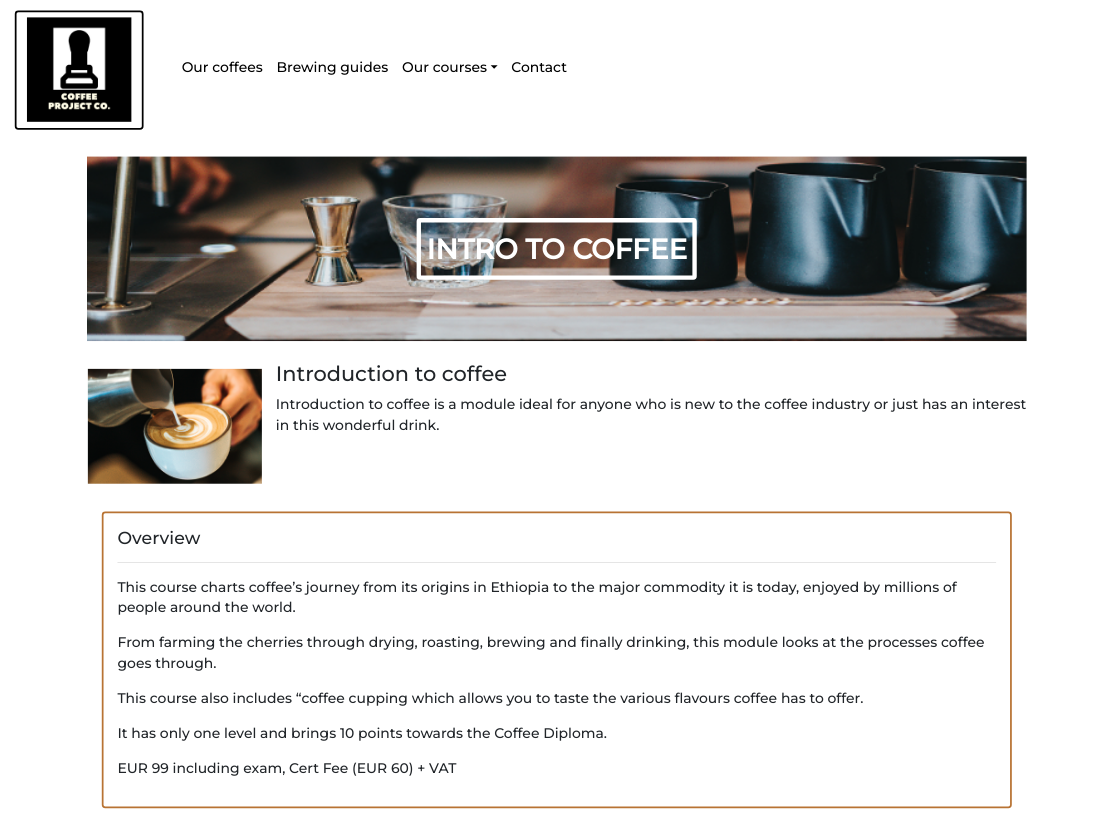
Repository: roxanahefferon/M1
Page: intro.html
The author's editor kept a record of every edit. The page is drawn from the files as they stood at one moment, then again after the next edit.
The browser window is 1280 px wide. The pictures show the whole page, at 87% of full size.
Some web libraries are served in a nearby version.

Above is the page before.

After the next edit:
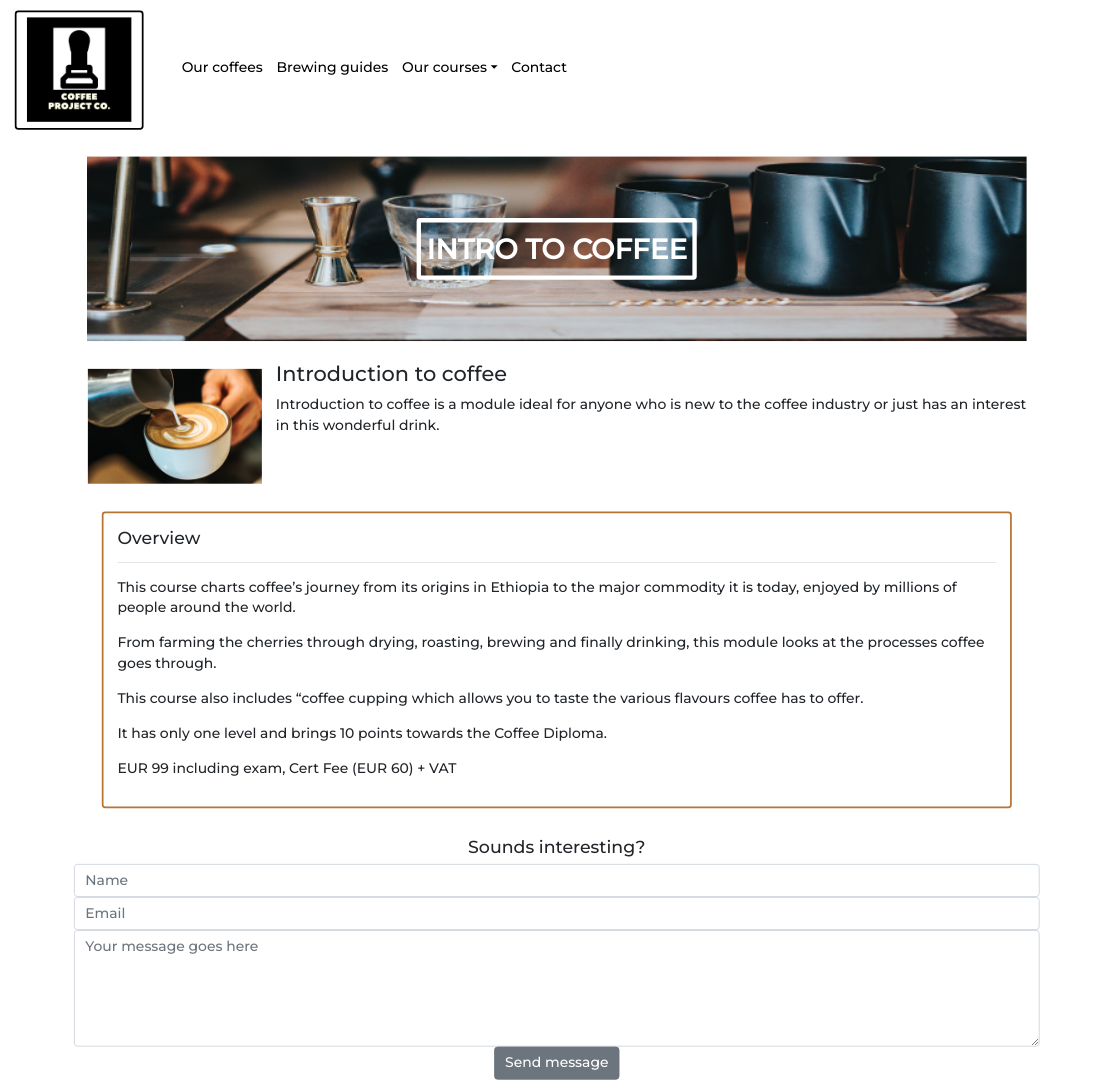
The edit:
--- a/intro.html
+++ b/intro.html
@@ -94,6 +94,27 @@
         </div>
     </div>
 
+    <div class="container">
+        <div class="row">
+            <div class="col">
+                <h5 class="text-center">Sounds interesting?</h5>
+                <div class="center-form">
+                    <form>
+                        <input type="text" name="name" id="fullname" class="form-control" placeholder="Name" required />
+                        <input type="email" name="email" id="emailaddress" class="form-control" placeholder="Email" required />
+                        <textarea rows="5" name="message" id="message" class="form-control" placeholder="Your message goes here" required></textarea>
+                        <div class="form-row text-center">
+                            <div class="col">
+                                <button type="submit" class="btn btn-secondary landing-btn">Send message</button>
+                            </div>
+                        </div>
+                    </form>
+                </div>
+
+            </div>
+        </div>
+    </div>
+
     <! --- footer --->
 
     <footer>
